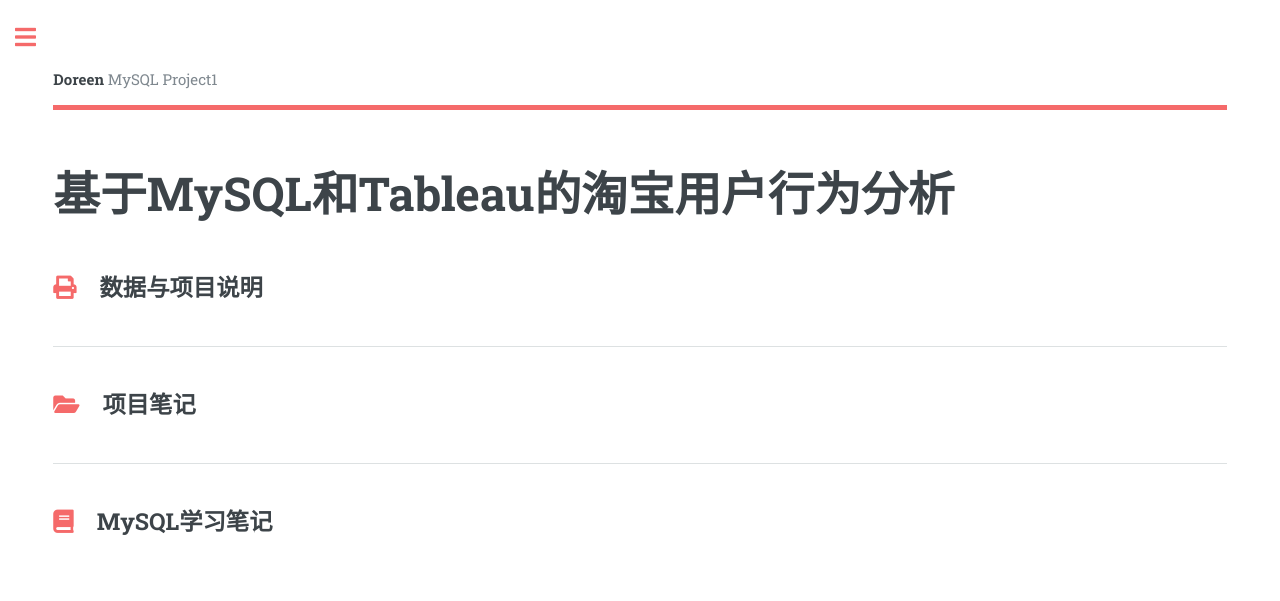
Repository: Hpz3859/Hpz3859.github.io
Page: MySQL_taobao.html
These files come from the project's save history. The page is drawn as it stood at one moment and after the next save; the edit follows.
The browser window is 1280 px wide. The pictures show the whole page.

Above is the page before, as saved 2025-03-31 21:16:37.

After the next save:
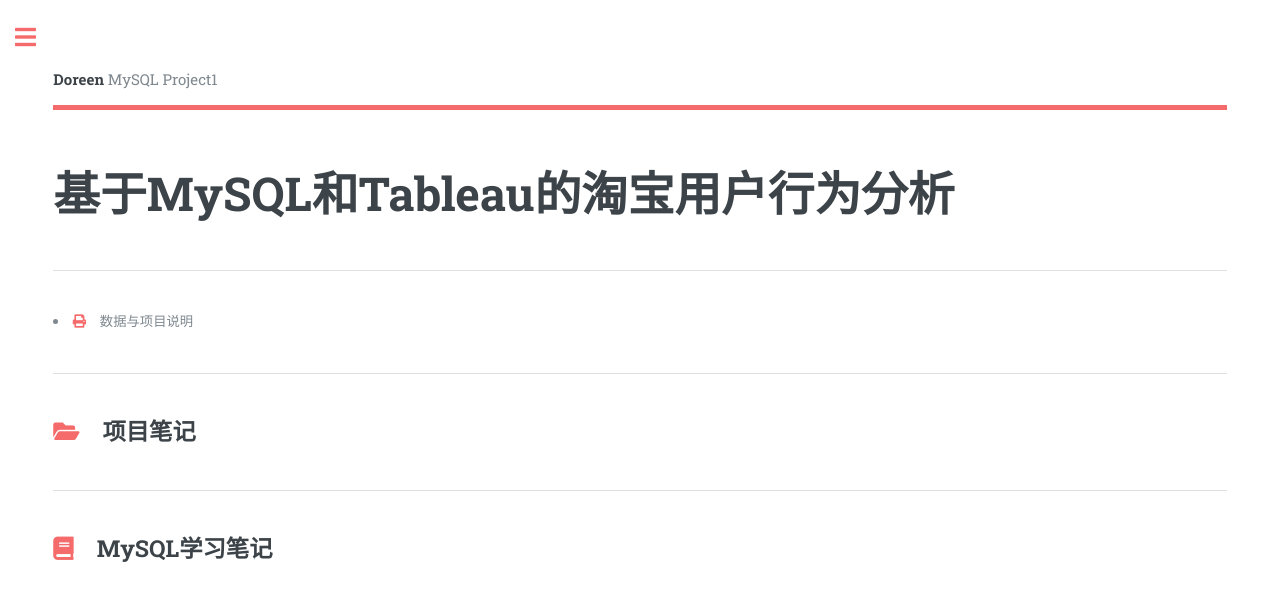
Saved 47 s later.
--- a/MySQL_taobao.html
+++ b/MySQL_taobao.html
@@ -41,14 +41,14 @@
 									</header>
 
 									<!-- Content -->
-									<!-- <hr class="major" /> -->
+									<hr class="major" />
 
 									<div class="content">
-										<h2>
+										<li>
 											<span class="icon solid fa-print" style="color: #f56a6a;"></span>
 											&nbsp;&nbsp;
 											数据与项目说明
-										</h2>
+										</li>
 									</div>
 
 
